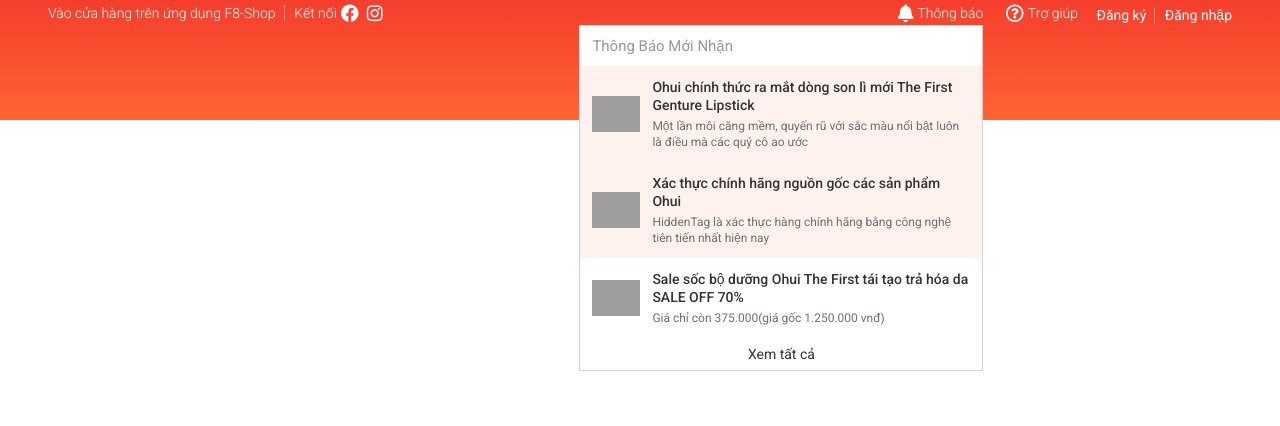
Repository: huynhnhan112/Shopee_Homepage
Page: index.html
These files come from the project's save history. The page is drawn as it stood at one moment and after the next save; the edit follows.
The browser window is 1280 px wide. The pictures show the whole page.
Pictures or frames that could not be fetched are drawn as grey boxes.

Above is the page before, as saved 2021-11-19 11:14:15.

After the next save:
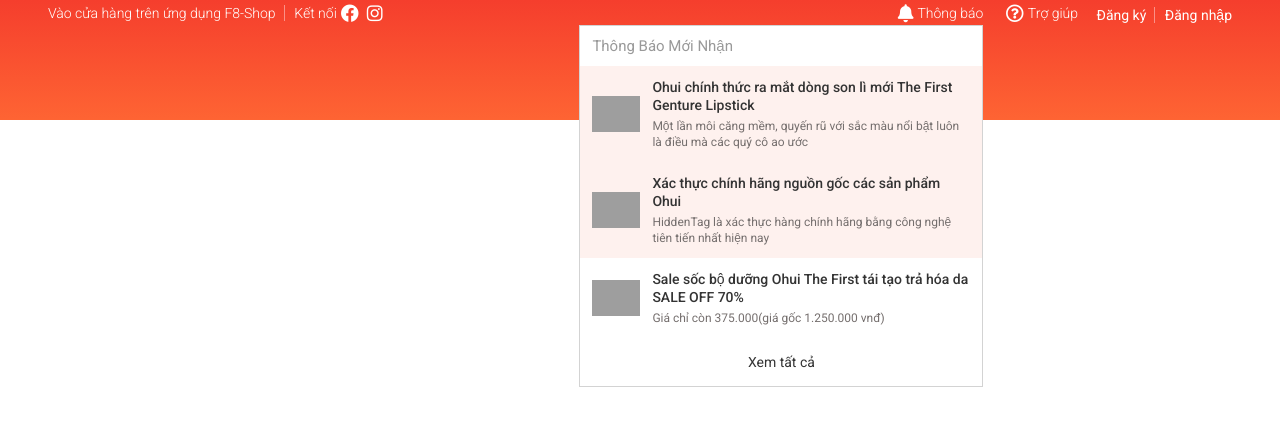
Saved 18 s later.
--- a/assets/css/style.css
+++ b/assets/css/style.css
@@ -200,8 +200,8 @@
 .header__notify-footer-btn{
     text-decoration: none;
     color: var(--text-color);
-    padding: 8px 0;
-    width: 100%;
-    display: block;
-    font-weight: 400;
-}
+    padding: 16px 0;
+    width: 100%;
+    display: block;
+    font-weight: 400;
+}
